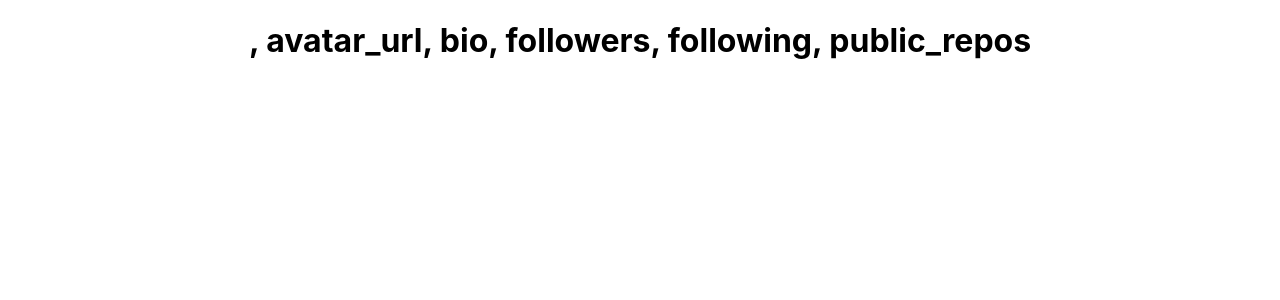
Repository: qudos4real/altschool-second-sem
Page: /
The author's editor kept a copy of each file at every save. The page is drawn from the files as they stood at one save, then again after the next save.
The browser window is 1280 px wide. The pictures show the whole page.
The page's requests for data from a server got no answer. The project was rebuilt for these pictures with package versions that can differ from the ones it lists, and the page was loaded fresh each time. No one was signed in, and anything a server would have sent is missing.

Above is the page before, as saved 2022-10-27 09:07:43.

### src/App.js
import {useState, useEffect} from "react";
import './App.css';



function App() {
const [githubData, setGithubData] = useState({});
const [username, setUsername] = useState("Qudos4real");

useEffect(() => {
  async function fetchData() {
    const response = await fetch(`https://api.github.com/users/${username}`);
    const data = await response.json();
    setGithubData(data);
  }
  console.log("use effect called");
  fetchData();
}, [username]);

let {name, avatar_url, bio, followers, following, public_repos} = githubData;

  return (
    <div className="App">
      <h1>
        {name}, avatar_url, bio, followers, following, public_repos
      </h1>
    </div>
  );
}

export default App;

Loaded but not shown: public/index.html (common file); src/index.js (common file); src/index.css (common file); src/reportWebVitals.js (common file); src/App.css (common file)

After the next save:
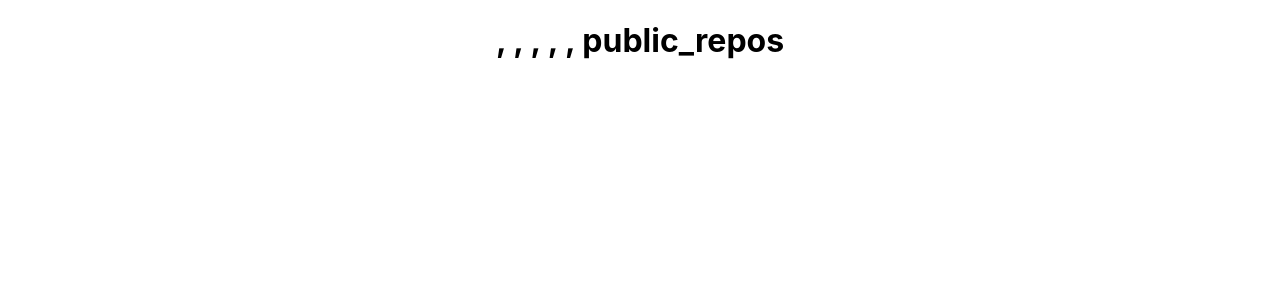
Saved 27 s later.
--- a/src/App.js
+++ b/src/App.js
@@ -22,7 +22,7 @@ let {name, avatar_url, bio, followers, following, public_repos} = githubData;
   return (
     <div className="App">
       <h1>
-        {name}, avatar_url, bio, followers, following, public_repos
+        {name}, {avatar_url}, {bio}, {followers}, {following}, public_repos
       </h1>
     </div>
   );
